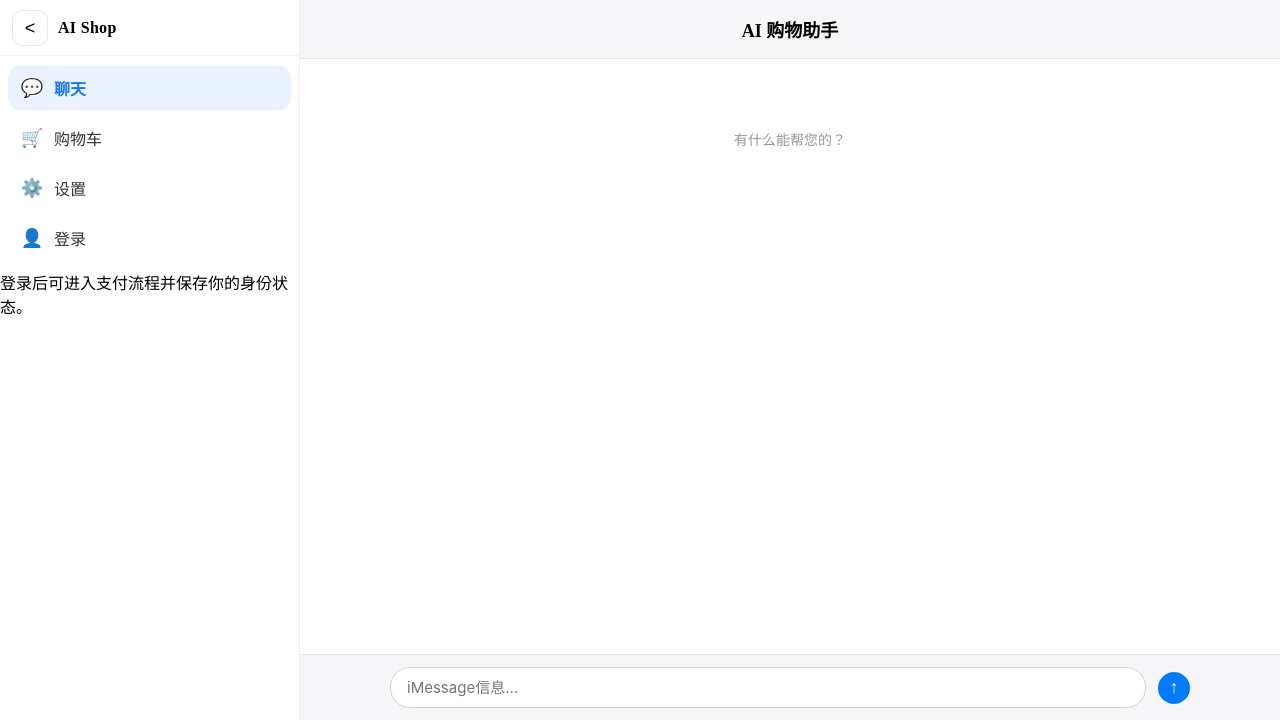
Repository: sjdndndks/ai-shop-webDemo
Page: / (app in ai-shop-assistant/)
An editor plug-in stored every save of this project. The page is shown before and after the next save, followed by the edit.
The browser window is 1280 px wide. The pictures show the whole page.
The page's requests for data from a server got no answer. The project was rebuilt for these pictures with package versions that can differ from the ones it lists, and the page was loaded fresh each time. No one was signed in, and anything a server would have sent is missing. Also part of the build but not shown: ai-shop-assistant/vite.config.ts, ai-shop-assistant/src/components/RequireAuth.tsx, ai-shop-assistant/src/store/cartStore.ts, ai-shop-assistant/src/components/ProductCard.tsx, ai-shop-assistant/src/lib/catalogApi.ts, ai-shop-assistant/src/pages/CartPage.module.css, ai-shop-assistant/src/pages/CartPage.tsx, ai-shop-assistant/src/lib/accountApi.ts and 6 more.

Above is the page before, as saved 2026-03-29 14:44:20.

After the next save:
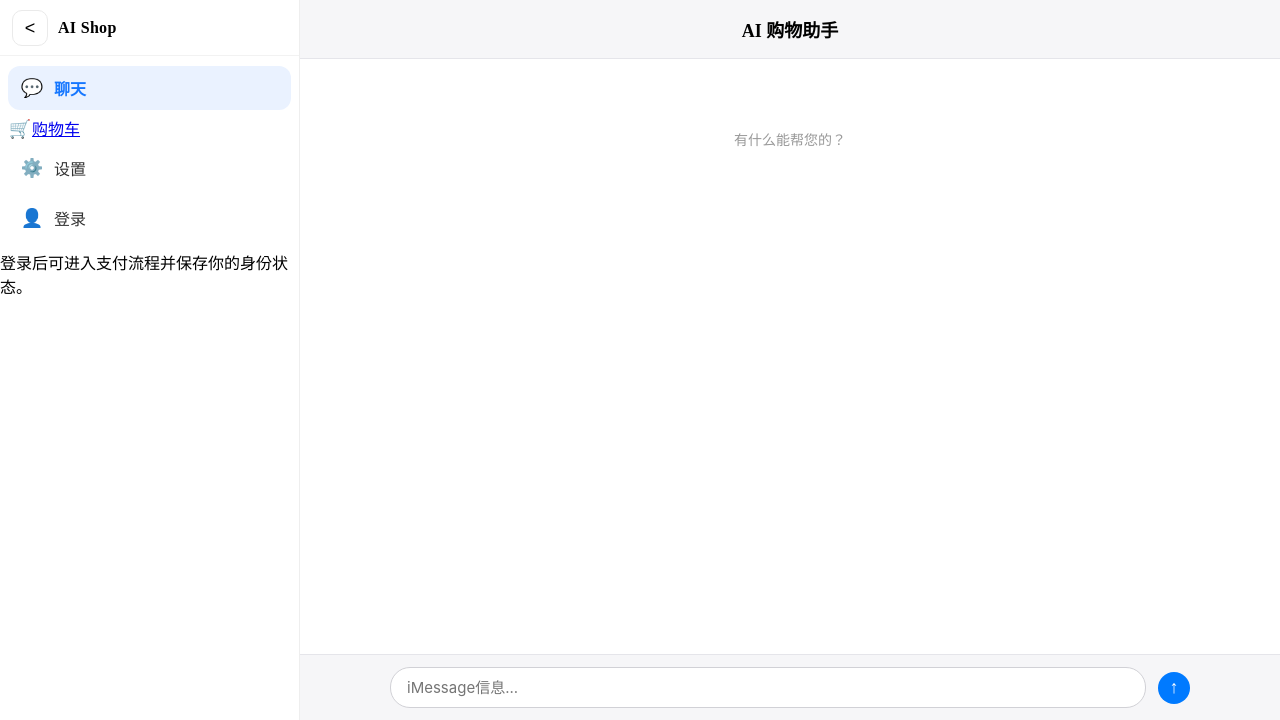
Saved 116 min 52 s later.
--- a/ai-shop-assistant/src/components/Sidebar.tsx
+++ b/ai-shop-assistant/src/components/Sidebar.tsx
@@ -39,9 +39,9 @@
 
         <NavLink
           to="/cart"
-          className={({ isActive }) =>
-            isActive ? `${styles.link} ${styles.active}` : styles.link
-          }
+          // className={({ isActive }) =>
+          //   isActive ? `${styles.link} ${styles.active}` : styles.link
+          // }
           title="购物车"
         >
           <span className={styles.icon}>🛒</span>

After the save that followed:
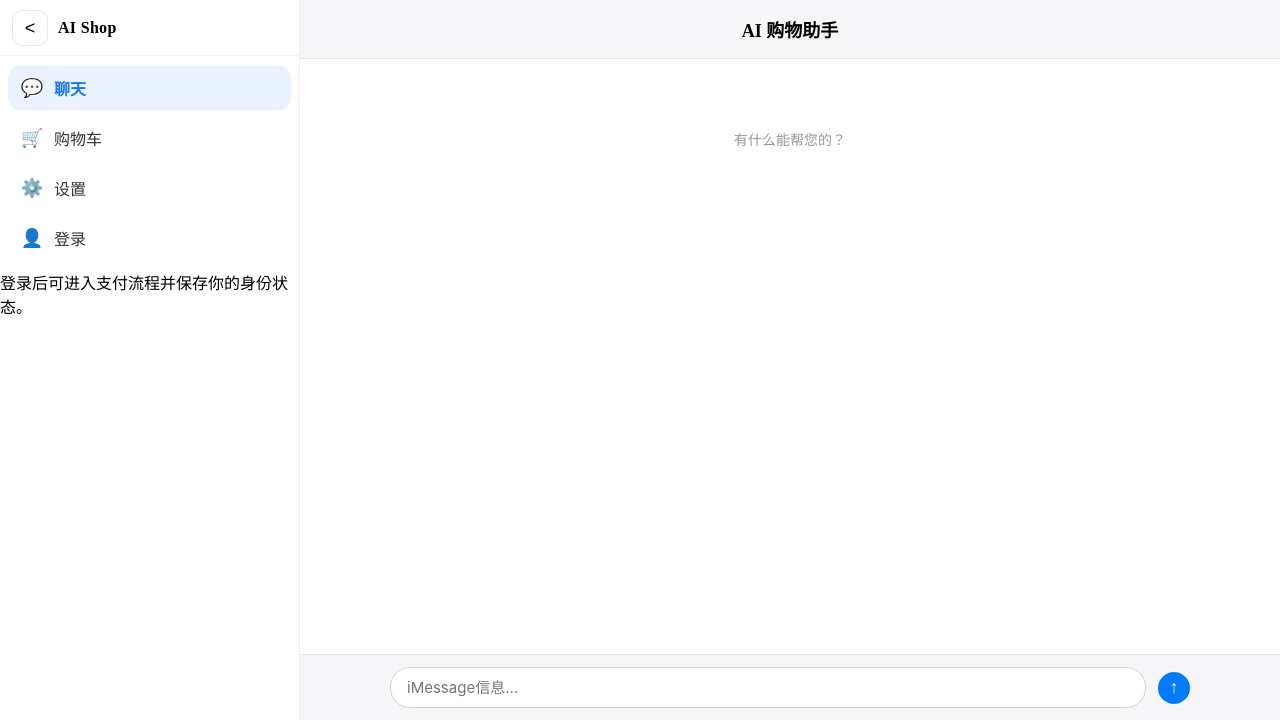
Saved 12 s later.
--- a/ai-shop-assistant/src/components/Sidebar.tsx
+++ b/ai-shop-assistant/src/components/Sidebar.tsx
@@ -39,9 +39,9 @@
 
         <NavLink
           to="/cart"
-          // className={({ isActive }) =>
-          //   isActive ? `${styles.link} ${styles.active}` : styles.link
-          // }
+          className={({ isActive }) =>
+            isActive ? `${styles.link} ${styles.active}` : styles.link
+          }
           title="购物车"
         >
           <span className={styles.icon}>🛒</span>
